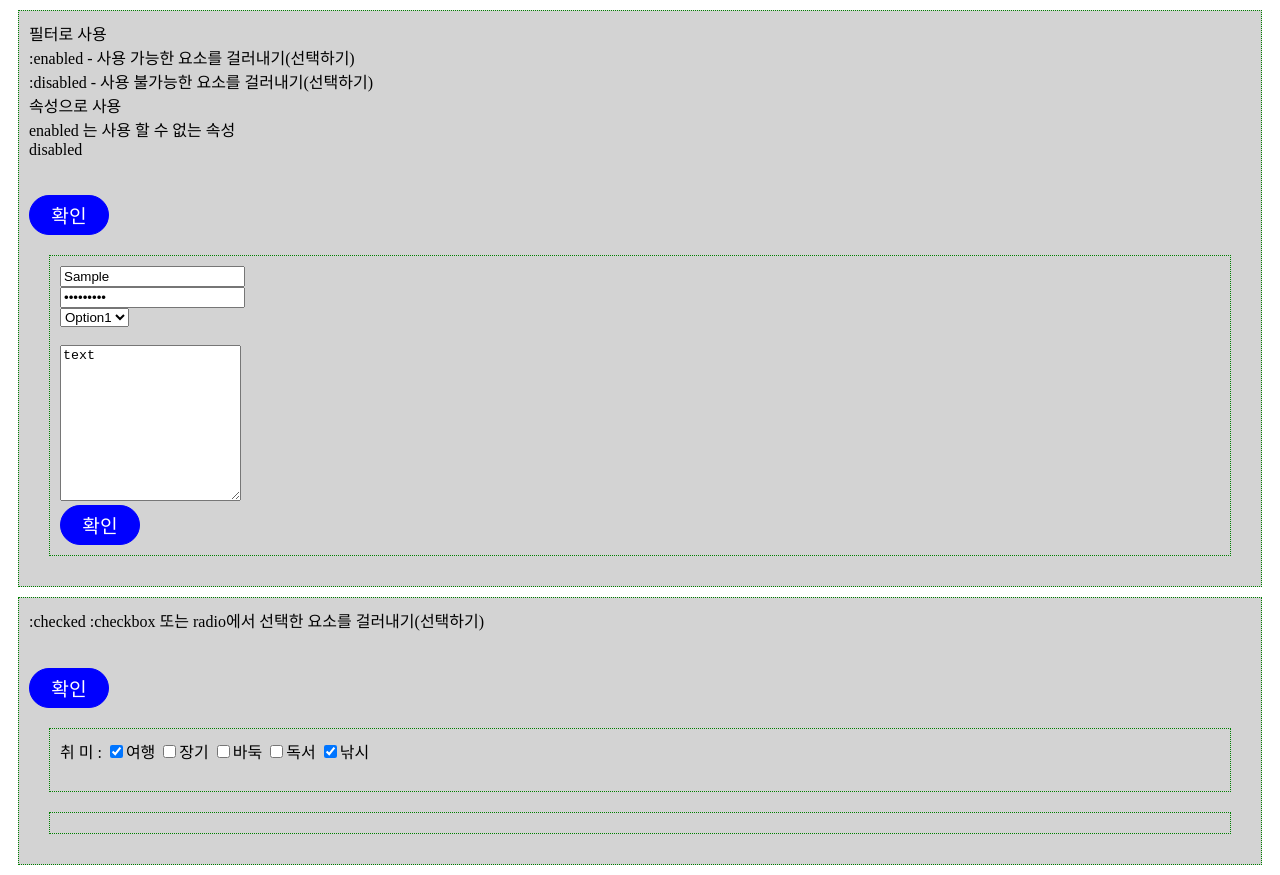
Repository: JJaeHwan/HTML
Page: jquerypro/WebContent/0111/폼상태필터.html
The author's editor kept a copy of each file at every save. The page is drawn from the files as they stood at one save, then again after the next save.
The browser window is 1280 px wide. The pictures show the whole page.
Empty fields were first filled with sample values (such as "Sample", 5 or name@example.com).
After loading, the first visible `#btn2` was clicked once.

Above is the page before, as saved 2023-01-12 05:05:07.

### jquerypro/WebContent/0111/폼상태필터.html
<!DOCTYPE html>
<html>
<head>
<meta charset="UTF-8">
<title>Insert title here</title>
<link rel="stylesheet" href="../css/public.css">
<script src="../js/jquery-3.6.3.min.js" type="text/javascript"></script>

<script type="text/javascript">

$(function() {


	$('#btn1').on('click', function() {

		$('form *:enabled').css('border','2px solid pink');
		$('form *:disabled').css('border','2px solid pink');


	})

	$('#btn2').on('click', function() {

// 		$('input[type=checkbox]')
// 		$('input:checkbox')

// 		alert($(':checkbox:checked').val());

		str="";
		$(':checkbox:checked').each(function(x,y) {
// 			$('checkbox:checked')[x];
// 			$($('checkbox:checked')[x]).val();
// 			$(y).val();

			str += $(this).val() + "<br>";


		})

	})
})
</script>

</head>
<body>


<div class="box">
필터로 사용<br>
	:enabled - 사용 가능한 요소를 걸러내기(선택하기)<br>
	:disabled - 사용 불가능한 요소를 걸러내기(선택하기)<br>

속성으로 사용<br>
	enabled 는 사용 할 수 없는 속성<br>
	disabled<br>
	<br><br>
	<input type="button" value="확인" id="btn1">
	<br>

	<div id="res1">
	  <form>
		<input type="text" name="id" ><br>
		<input type="password" name="pass"><br>

		<select name="disSelect" >
		      <option>Option1</option>
		      <option>Option2</option>
		      <option>Option3</option>
		      <option>Option4</option>
		</select>
		<br>
		<br>
		<textarea name="enTextarea" rows=10 cols=20 >text</textarea> <br>

		<input type="button" value="확인"  onclick="alert('Hello')" > <br>

</form>


	</div>
</div>

<div class="box">
	:checked  :checkbox 또는 radio에서 선택한 요소를 걸러내기(선택하기)<br>

	<br><br>
	<input type="button" value="확인" id="btn2">
	<br>

	<div id="res2">
	  <form>
	  	 취 미 :
		<input type="checkbox" name="hobby" value="여행" checked >여행
		<input type="checkbox" name="hobby" value="장기">장기
		<input type="checkbox" name="hobby" value="바둑">바둑
		<input type="checkbox" name="hobby" value="독서" >독서
		<input type="checkbox" name="hobby" value="낚시" checked>낚시<br><br>

	  </form>

	</div>
	<div id ="out"> </div>

</div>


</body>
</html>

### jquerypro/WebContent/css/public.css
@charset "UTF-8";

pre{

	font-size: 1.5em;
	border: 5px double blue;
	border-left : none;
	border-right: none;
	padding: 10px;
	background-color: skyblue;

}

  .box{
  	margin: 10px;
  	padding: 10px;
  	border: 1px dotted green;
  	background-color: lightgray;

  }
  .box div{
  	/* height: 100px; */
  	padding: 10px;
  	margin: 20px;
  	border: 1px dotted green;
  }
  input[type=button]{
  	width: 80px;
  	height: 40px;
  	background: blue;
  	color: white;
  	font-size: 1.2em;
  	border-radius: 20px;
  	border : 1px solid blue;
  }

Loaded but not shown: jquerypro/WebContent/js/jquery-3.6.3.min.js (library)

After the next save:
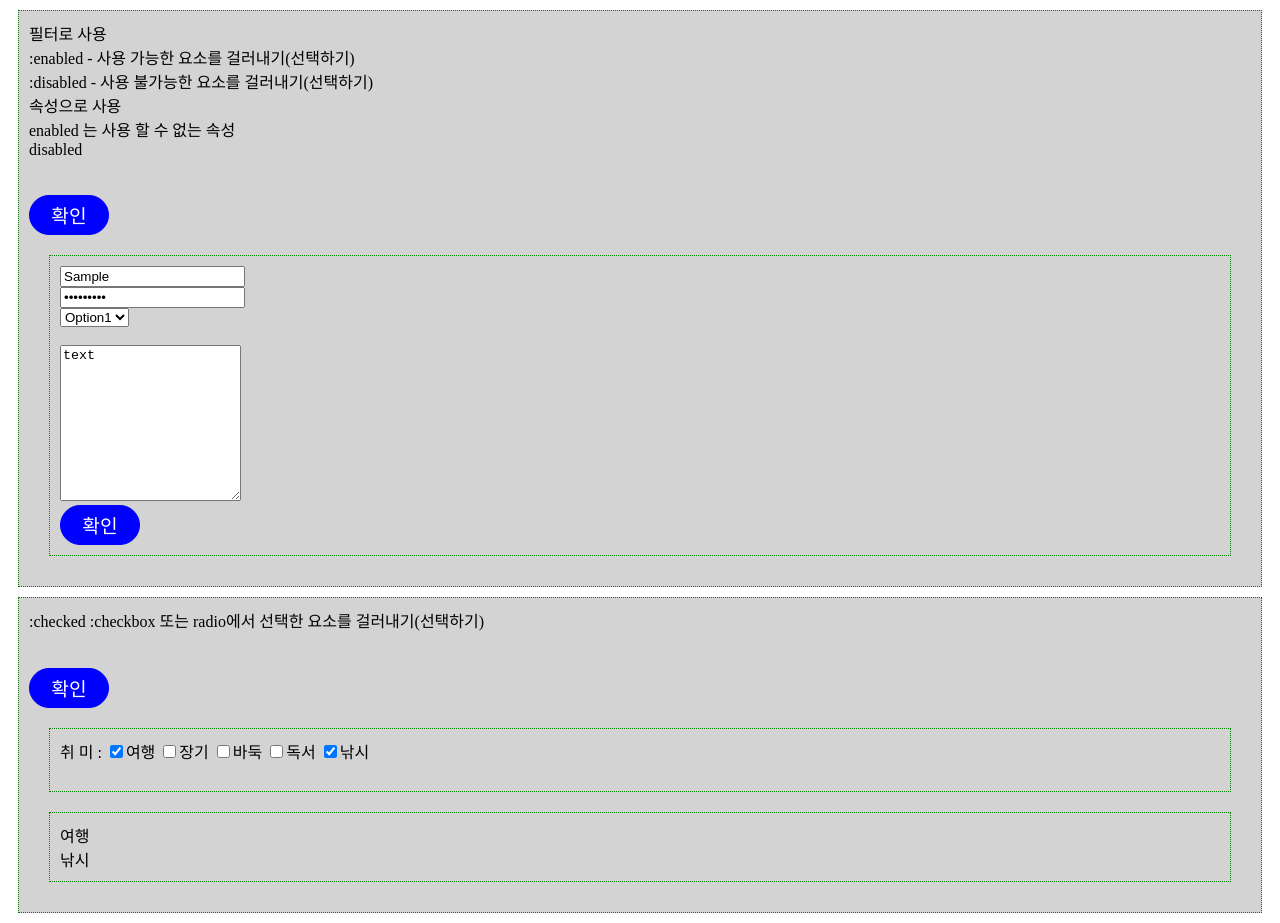
Saved 105 s later.
--- a/jquerypro/WebContent/0111/폼상태필터.html
+++ b/jquerypro/WebContent/0111/폼상태필터.html
@@ -36,6 +36,8 @@ $(function() {
 
 
 		})
+
+		$('#out').html(str);
 
 	})
 })
@@ -99,6 +101,7 @@ $(function() {
 	  </form>
 
 	</div>
+
 	<div id ="out"> </div>
 
 </div>
